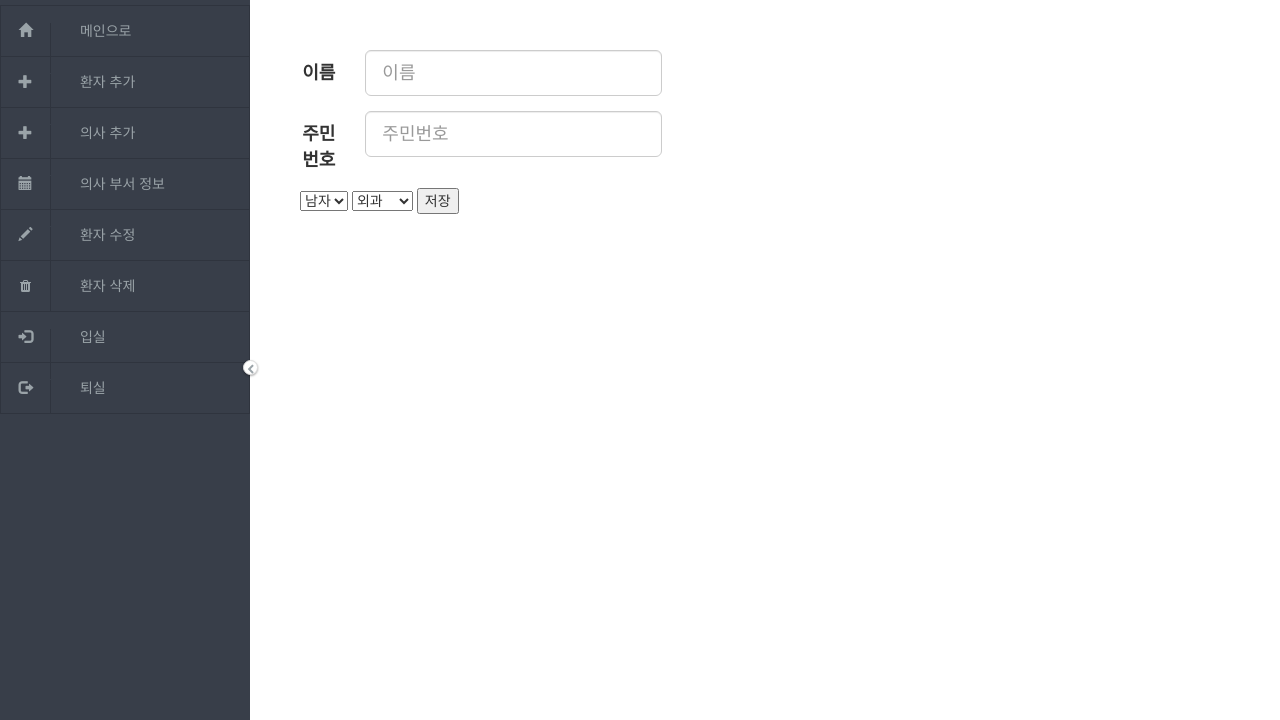
Repository: qaws1134/Hospital_manager
Page: http://localhost/project/D_add.jsp
These files come from the project's save history. The page is drawn as it stood at one moment and after the next save; the edit follows.
The browser window is 1280 px wide. The pictures show the whole page.
Some web libraries are served in a nearby version. The page is served by Tomcat 9. Other server files are loaded and not shown.

Above is the page before, as saved 2017-12-09 17:13:09.
Console error (its wording comes from the project's code and is left out).

### project/WebContent/D_add.jsp
<%@ page language="java" contentType="text/html; charset=UTF-8"
    pageEncoding="UTF-8"%>
<%@ taglib uri="http://java.sun.com/jsp/jstl/core" prefix="c" %>
<html lang="kr">
	<head>

	<meta charset="UTF-8">
	<title>http://www.blueb.co.kr</title>
<link rel="stylesheet" href="http://netdna.bootstrapcdn.com/font-awesome/4.3.0/css/font-awesome.min.css">
<!-- 합쳐지고 최소화된 최신 CSS -->
<link rel="stylesheet" href="https://maxcdn.bootstrapcdn.com/bootstrap/3.3.2/css/bootstrap.min.css">
<!-- 부가적인 테마 -->
<link rel="stylesheet" href="https://maxcdn.bootstrapcdn.com/bootstrap/3.3.2/css/bootstrap-theme.min.css">

<!-- 합쳐지고 최소화된 최신 자바스크립트 -->
<script src="https://maxcdn.bootstrapcdn.com/bootstrap/3.3.2/js/bootstrap.min.js"></script>

<style type="text/css">
input[type="checkbox"]#menu_state {
  display: none;
}
input[type="checkbox"]:checked ~ nav {
  width: 250px;
}
input[type="checkbox"]:checked ~ nav label[for="menu_state"] i::before {
  content: "\f053";
}
input[type="checkbox"]:checked ~ nav ul {
  width: 100%;
}
input[type="checkbox"]:checked ~ nav ul li a i {
  border-right: 1px solid #2f343e;
}
input[type="checkbox"]:checked ~ nav ul li a span {
  opacity: 1;
  transition: opacity 0.25s ease-in-out;
}
input[type="checkbox"]:checked ~ main {
  left: 250px;
}
nav {
  position: fixed;
  z-index: 9;
  top: 0;
  left: 0;
  bottom: 0;
  background: #383e49;
  color: #9aa3a8;
  width: 50px;
  font-family: 'Montserrat', sans-serif;
  font-weight: lighter;
  transition: all 0.15s ease-in-out;
}
nav label[for="menu_state"] i {
  cursor: pointer;
  position: absolute;
  top: 50%;
  right: -8px;
  box-shadow: 0 1px 3px rgba(0,0,0,0.12), 0 1px 2px rgba(0,0,0,0.24);
  background: #fff;
  font-size: 10px;
  display: flex;
  justify-content: center;
  align-items: center;
  height: 15px;
  width: 15px;
  border-radius: 50%;
  border: 1px solid #ddd;
  transition: width 0.15s ease-in-out;
  z-index: 1;
}
nav label[for="menu_state"] i::before {
  margin-top: 2px;
  content: "\f054";
}
nav label[for="menu_state"] i:hover {
  box-shadow: 0 10px 20px rgba(0,0,0,0.19), 0 6px 6px rgba(0,0,0,0.23);
}
nav ul {
  overflow: hidden;
  display: block;
  width: 50px;
  list-style-type: none;
  padding: 0;
  margin: 0;
}
nav ul li {
  border: 1px solid #2f343e;
  position: relative;
}
nav ul li.unread:after {
  content: attr(data-content);
  position: absolute;
  top: 10px;
  left: 25px;
  display: flex;
  justify-content: center;
  align-items: center;
  width: 15px;
  height: 15px;
  border-radius: 50%;
  color: #fff;
  background: #ef5952;
  font-size: 8px;
}
nav ul li:not(:last-child) {
  border-bottom: none;
}
nav ul li.active a {
  background: #4c515d;
  color: #fff;
}
nav ul li a {
  position: relative;
  display: block;
  white-space: nowrap;
  text-decoration: none;
  color: #9aa3a8;
  height: 50px;
  width: 100%;
  transition: all 0.15s ease-in-out;
}
nav ul li a:hover {
  background: #4c515d;
  color: #fff;
}
nav ul li a * {
  height: 100%;
  display: inline-block;
}
nav ul li a i {
  text-align: center;
  width: 50px;
  z-index: 999999;
}
nav ul li a i.fa {
  line-height: 50px;
}
nav ul li a span {
  padding-left: 25px;
  opacity: 0;
  line-height: 50px;
  transition: opacity 0.1s ease-in-out;
}

</style>
</head>

<body>
<input type="checkbox" id="menu_state" checked>
<nav>
	<label for="menu_state"><i class="fa"></i></label>
	<ul>
    <li>
      <a href="main.do">
        <i class="glyphicon glyphicon-home"></i>
        <span>메인으로</span>   <!--환자 대기 목록,병실 목록 및 현황-->
      </a>
    </li>
		<li>
			<a href="P_addui.do">
				<i class="glyphicon glyphicon-plus"></i>
				<span>환자 추가</span>
			</a>
		</li>
		<li>
			<a href="D_addui.do">
				<i class="glyphicon glyphicon-plus"></i>
				<span>의사 추가</span>
			</a>
		</li>

		<li>
			<a href="D_clsif.do">
				<i class="glyphicon glyphicon-calendar"></i>
				<span>의사 부서 정보</span>
			</a>
		</li>

		<li>
			<a href="cristal.do">
				<i class="glyphicon glyphicon-pencil"></i>
				<span>환자 수정</span>
			</a>
		</li>
		<li>
			<a href="delsel.do">
				<i class="fa fa-trash"></i>
				<span>환자 삭제</span>
			</a>
		</li>
      <li>
      <a href="insel.do">
        <i class="glyphicon glyphicon-log-in"></i>
        <span>입실</span>
      </a>
    </li>
        <li>
      <a href="javascript:void(0)">
        <i class="glyphicon glyphicon-log-out"></i>
        <span>퇴실</span>
      </a>
    </li>
	</ul>
</nav>
<section style="position:absolute; top:50px;left:300px">
	<form class="form-horizontal" action ="D_add.do" method="post">
  <div class="form-group form-group-lg">
    <label class="col-sm-2 control-label" for="formGroupInputLarge">이름</label>
    <div class="col-sm-10">
      <input class="form-control" type="text" id="formGroupInputLarge" placeholder="이름" name ="D_NAME">
    </div>
  </div>
  <div class="form-group form-group-lg">
      <label class="col-sm-2 control-label" for="formGroupInputLarge">주민번호</label>
    <div class="col-sm-10">
      <input class="form-control" type="text" id="formGroupInputLarge" placeholder="주민번호" name ="D_PERNUM">
    </div>
	</div>
	<select name ="D_GENDER">
		<option value="남자">남자</option>
		<option value="여자">여자</option>
	</select>
	<select name ="D_CLS" >
		<option value="외과">외과</option>
		<option value="내과">내과</option>
		<option value="안과">안과</option>
		<option value="피부과">피부과</option>
	</select>
	<input type="submit" value="저장">
</form>

</section>
</body>
</html>

After the next save:
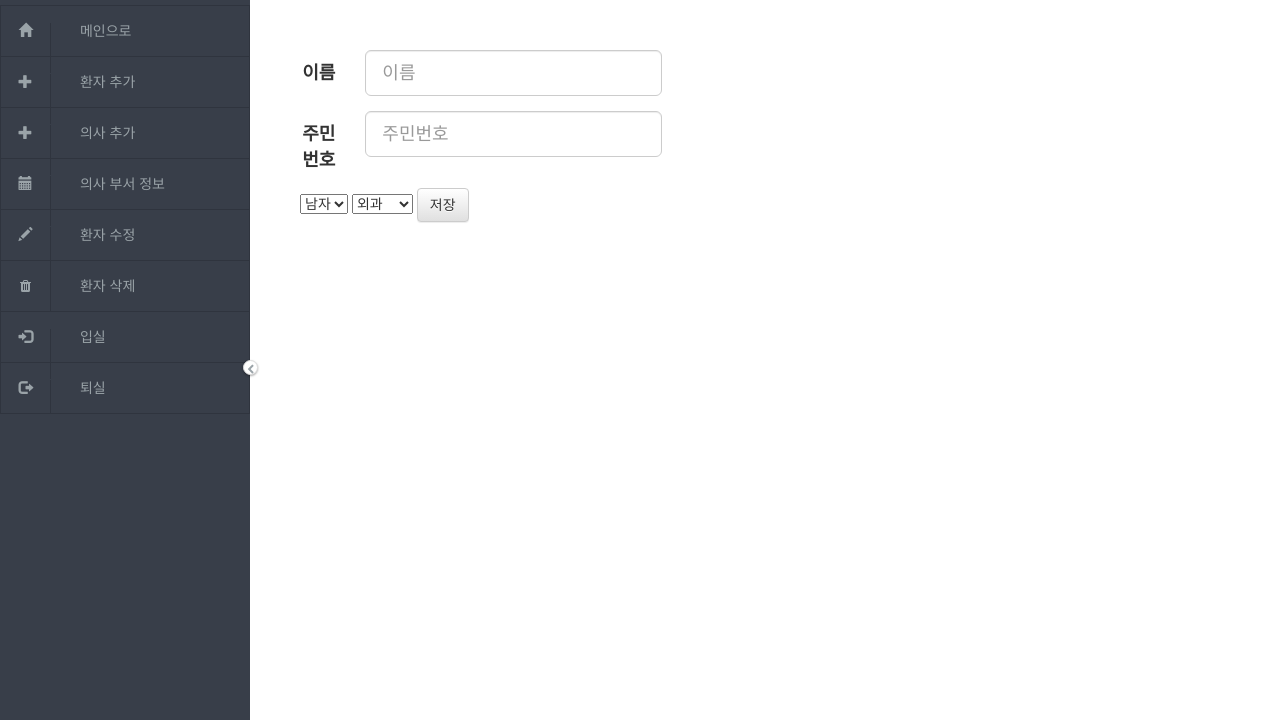
Saved 9 s later.
--- a/project/WebContent/D_add.jsp
+++ b/project/WebContent/D_add.jsp
@@ -227,7 +227,7 @@ nav ul li a span {
 		<option value="안과">안과</option>
 		<option value="피부과">피부과</option>
 	</select>
-	<input type="submit" value="저장">
+	<input type="submit" value="저장" class="btn btn-default">
 </form>
 
 </section>
